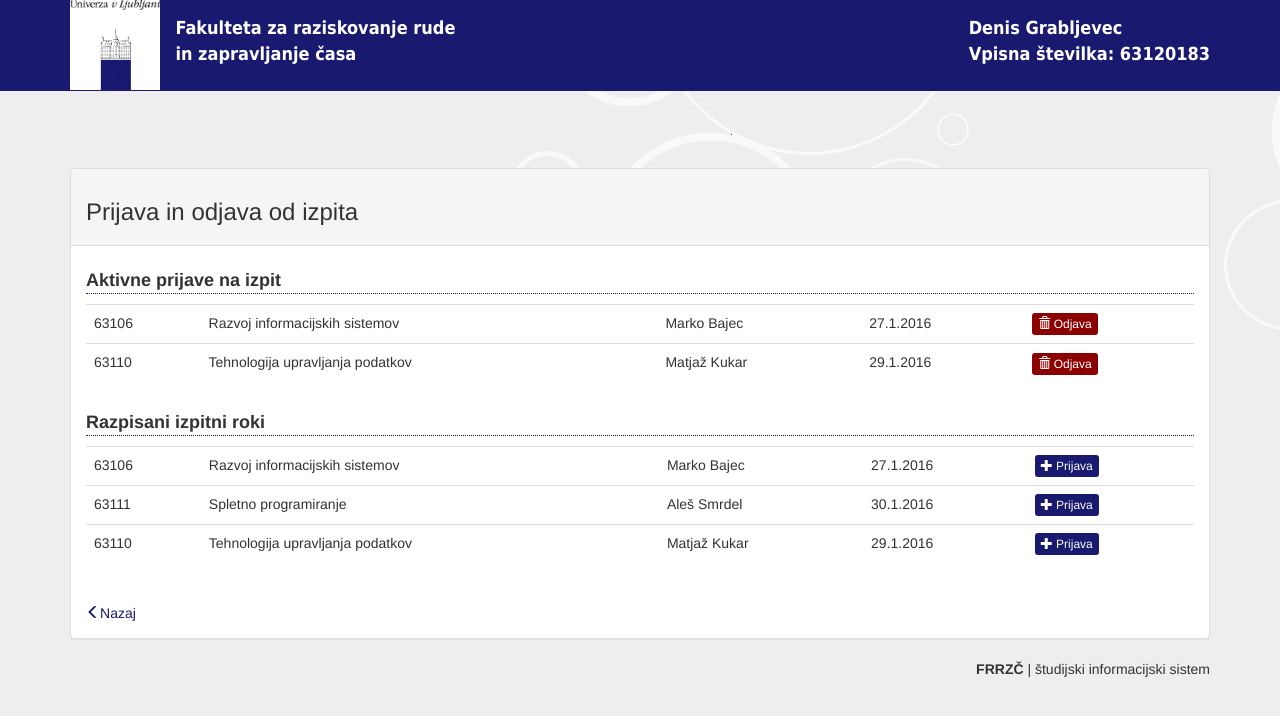
Repository: Denten7/e-student
Page: client/views/student-izpiti.html
The author's editor kept a record of every edit. The page is drawn from the files as they stood at one moment, then again after the next edit.
The browser window is 1280 px wide. The pictures show the whole page.

Above is the page before.

After the next edit:
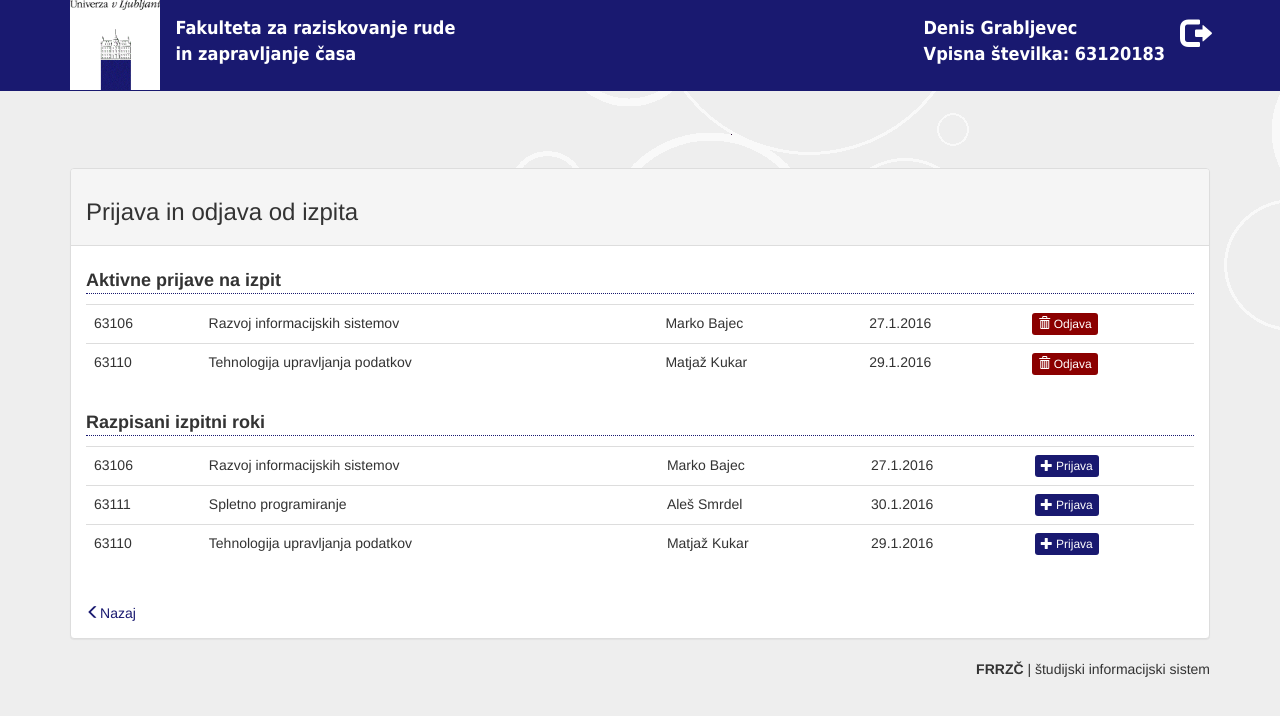
The edit:
--- a/client/views/student-izpiti.html
+++ b/client/views/student-izpiti.html
@@ -21,6 +21,7 @@
 
             </div>
             <p class="navbar-left navbar-text">Fakulteta za raziskovanje rude</br> in zapravljanje časa</p>
+            <a href="#" class="navbar-text navbar-right glyphicon-logoff"><span class="glyphicon glyphicon-log-out" aria-hidden="true"></span></a>
             <p class="navbar-right navbar-text idUporabnik">Denis Grabljevec</br>Vpisna številka: 63120183</p>
         </div>
     </nav>
